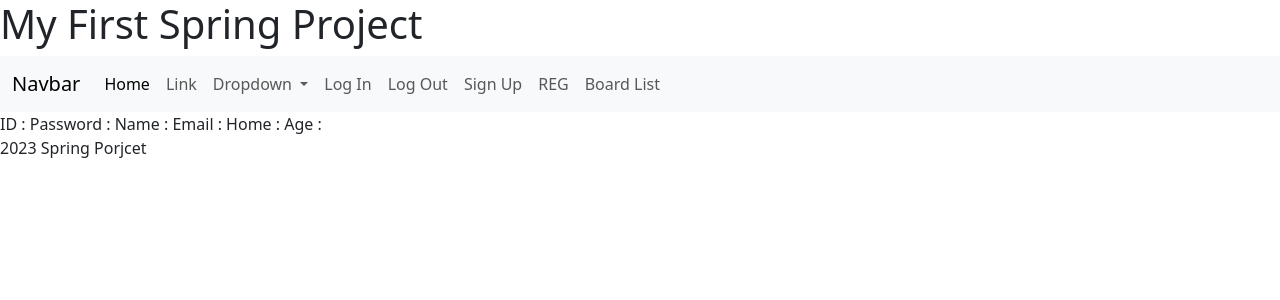
Repository: Leesunghoon1/ezenSpring
Page: http://localhost/spring-Test/WEB-INF/views/member/signup.jsp
These files come from the project's save history. The page is drawn as it stood at one moment and after the next save; the edit follows.
The browser window is 1280 px wide. The pictures show the whole page.
The page is served by Tomcat 9. Nobody is signed in. The template is opened directly, without the code that normally fills it, so the values that code supplies are empty.

Above is the page before, as saved 2023-10-06 07:04:40.

After the next save:
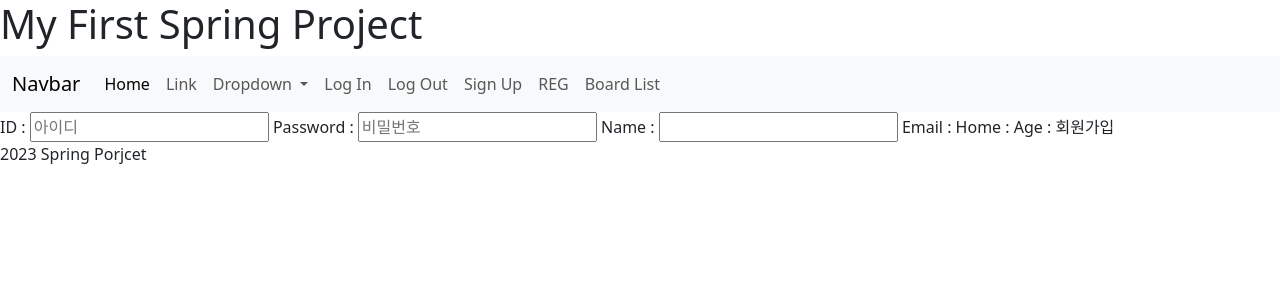
Saved 57 s later.
--- a/spring-Test/src/main/webapp/WEB-INF/views/member/signup.jsp
+++ b/spring-Test/src/main/webapp/WEB-INF/views/member/signup.jsp
@@ -10,14 +10,14 @@
 <body>
 <jsp:include page="../layout/header.jsp"></jsp:include>
 <form action="/member/signup" method="post">
-ID :
-Password :
-Name :
+ID : <input type="text" name="id" placeholder="아이디">
+Password : <input type="password" name="pw" placeholder="비밀번호">
+Name : <input type="">
 Email :
 Home :
 Age :
 
-<botton ></botton>
+<botton type="submit">회원가입</botton>
 </form>
 
 <jsp:include page="../layout/footer.jsp"></jsp:include>
